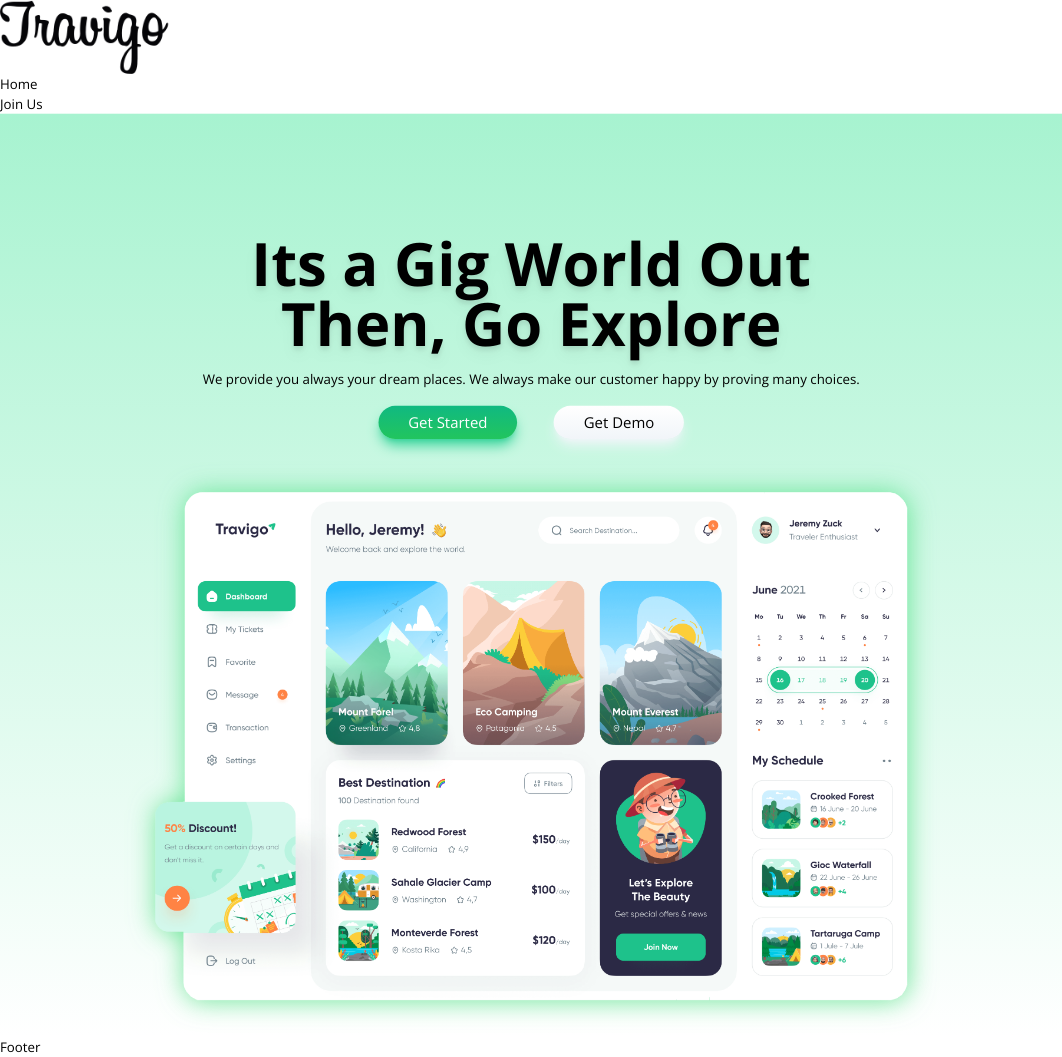
Repository: ThiAlbani83/travigo-travel-app
Page: /
An editor plug-in stored every save of this project. The page is shown before and after the next save, followed by the edit.
The browser window is 1280 px wide. The pictures show the whole page, at 83% of full size.
The project was rebuilt for these pictures with package versions that can differ from the ones it lists, and the page was loaded fresh each time. Also part of the build but not shown: vite.config.js.

Above is the page before, as saved 2023-03-20 23:24:04.

### src/main.jsx
import React from 'react'
import ReactDOM from 'react-dom/client'
import App from './App'
import './index.css'
import { BrowserRouter } from 'react-router-dom'

ReactDOM.createRoot(document.getElementById('root')).render(
  <React.StrictMode>
    <BrowserRouter>
      <App />
    </BrowserRouter>

  </React.StrictMode>,
)

### src/App.jsx
import React from 'react'
import { Navbar, Hero, Footer } from './components'
import { hero, navlinks } from './data/travigodata'

const App = () => {
  return (
    <>
      <Navbar navlinks={navlinks} />
      <Hero hero={hero}/>
      <Footer />
    </>
  )
}

export default App

### src/index.css
@import url('https://fonts.googleapis.com/css2?family=Open+Sans:wght@300;400;500;600;700;800&display=swap');

@tailwind base;
@tailwind components;
@tailwind utilities;

@layer base {
    *{
        margin: 0;
        padding: 0;
        font-family: 'Open Sans', sans-serif;
    }


    .travigo-container {
        @apply w-[85vw] xl:w-[95vw] m-auto
    }


    .button-emerald {
        @apply bg-gradient-to-b from-emerald-500 to-green-500 shadow-lg shadow-emerald-400 rounded-full
        text-lg sm:text-sm px-9 py-1.5 transition-all duration-200 active:scale-90 text-white sm:w-48
    }

    .button-light {
        @apply bg-gradient-to-b from-white to-slate-100 shadow-lg shadow-slate-100 rounded-full
        text-lg sm:text-sm px-9 py-1.5 transition-all duration-200 active:scale-90 text-black sm:w-48
    }

    .drop-shadow-emerald{
        filter: drop-shadow(0.1rem 0.1rem 1rem rgba(74 222 128 / 80%));
    }

}

### src/components/index.js
export { default as Navbar } from "./Navbar.jsx";
export { default as Hero } from "./Hero.jsx";
export { default as Footer } from "./Footer.jsx";

### src/data/travigodata.js
import dashboard from "../images/dashboard.png";
import memoryimg from "../images/memory.png";

import brand1 from "../images/brand1.png";
import brand2 from "../images/brand2.png";
import brand3 from "../images/brand3.png";
import brand4 from "../images/brand4.png";
import brand5 from "../images/brand5.png";

import place1 from "../images/img1.webp";
import place2 from "../images/img2.webp";
import place3 from "../images/img3.webp";
import place4 from "../images/img4.webp";
import place5 from "../images/img5.jpg";
import place6 from "../images/img6.webp";
import place7 from "../images/img7.webp";
import place8 from "../images/img8.webp";
import place9 from "../images/img9.webp";
import place10 from "../images/img10.webp";

import standardicon from "../images/standardicon.png";
import preminumicon from "../images/preminum.png";
import checkbox from "../images/checkbox.svg";
import uncheckbox from "../images/uncheckbox.svg";

import facebook from '../images/facebook.svg';
import instagram from '../images/instagram.svg';
import twitter from '../images/twitter.svg';
import youtube from '../images/youtube.svg';

import banner from '../images/banner.webp';

export const brands = [
  { iconSrc: brand1 },
  { iconSrc: brand2 },
  { iconSrc: brand3 },
  { iconSrc: brand4 },
  { iconSrc: brand5 },
];

export const navlinks = [
  { link: "Home", id: "home" },
  { link: "About", id: "about" },
  { link: "Explore", id: "explore" },
  { link: "Pricing", id: "pricing" },
  { link: "Contact", id: "contact" },
];

export const hero = {
  "title": "Its a Gig World Out",
  "subtitle": "Then, Go Explore",
  "text": "We provide you always your dream places. We always make our customer happy by proving many choices.",
  "btn1": "Get Started",
  "btn2": "Get Demo",
  "img": dashboard,
};

export const memory = {
  "title": "Sweet Memories",
  "subtitle": "Come To Life Again",
  "text": "What we have always taken care for 10 years is always prioritizing the comfort of our users. So, do not our quality.",
  "img": memoryimg,
  "experience": [
    { "number": "10", "title": "Year Experience" },
    { "number": "400", "title": "Year Collaboration" },
    { "number": "30k+", "title": "Happy Customer" },
  ],
};

export const placesAPI = [
  { "placeImg": place1, "location": "Lahore", "distance": "3.0 hour dirve" },
  { "placeImg": place2, "location": "Faisalabad", "distance": "2.5 hour dirve" },
  { "placeImg": place3, "location": "Multan", "distance": "4.7 hour drive" },
  { "placeImg": place4, "location": "Rawalpindi", "distance": "4 hour drive" },
  { "placeImg": place5, "location": "Islamabad", "distance": "4.9 hour drive" },
  { "placeImg": place6, "location": "Muree", "distance": "4.5 hour drive" },
  { "placeImg": place7, "location": "Nathia Gali", "distance": "5.5 hour drive" },
  { "placeImg": place8, "location": "Ayubia Gali", "distance": "5.1 hour drive" },
  { "placeImg": place9, "location": "Bhurban", "distance": "5.1 hour drive" },
  { "placeImg": place10, "location": "Gilgit", "distance": "5.1 hour drive" },
];

export const pricingapi = {
  "title": "Choose The Plan That Suits You",
  "text": "Many attractive offers by becomming a premium member",
  "btn1": "Monthly",
  "btn2": "Yearly",
  "plans": [
    {
      "planicon": standardicon,
      "title": "Standard Membership",
      "text": "Suitable for all users",
      "plantype": "Free / Year",
      "plancontent": [
        { "iconbox": checkbox, "text": "Find Popular Destination" },
        { "iconbox": checkbox, "text": "Priority Booking Schedule" },
        { "iconbox": checkbox, "text": "Daily Destination News" },
        { "iconbox": uncheckbox, "text": "Invite Friends Feature" },
        { "iconbox": uncheckbox, "text": "Limited Travel Stats" },
        { "iconbox": uncheckbox, "text": "Invite Friends Feature" },
        { "iconbox": uncheckbox, "text": "No Ads & Tax" },
      ],
      "buttonText": "Get Free",
    },
    {
      "planicon": preminumicon,
      "title": "Preminum Membership",
      "text": "Suitable for enthusiast travelers",
      "plantype": "$60 / Year",
      "plancontent": [
        { "iconbox": checkbox, "text": "Find Popular Destination" },
        { "iconbox": checkbox, "text": "Priority Booking Schedule" },
        { "iconbox": checkbox, "text": "Daily Destination News" },
        { "iconbox": checkbox, "text": "Invite Friends Feature" },
        { "iconbox": checkbox, "text": "Advanced Travel Stats" },
        { "iconbox": checkbox, "text": "Invite Friends Feature" },
        { "iconbox": checkbox, "text": "No Ads & Tax" },
      ],
      "buttonText": "Get Started",
    },
  ],
};

export const bannerAPI = {
  "title": "The Greet Outdoors",
  "text": "Whislist Curated By Travigo.",
  "imgSrc": banner,
  "btnText": "Explore More"
}

export const footerAPI = {
  "titles": [ {"title": "About"},{"title": "Company"},{"title": "Support"} ],
  "links": [
    [
      {"link": "About US"},
      {"link": "Features"},
      {"link": "News"},
      {"link": "Menu"},
    ],
    [
      {"link": "Why Travigo?"},
      {"link": "Partner with Us"},
      {"link": "FAQ"},
      {"link": "Blog"},
    ],
    [
      {"link": "Account"},
      {"link": "Support Center"},
      {"link": "Feedback"},
      {"link": "Contact Us"},
      {"link": "Accesbility"},
    ],
  ],
  "sociallinks": [
    {"icon": facebook},{"icon": instagram},{"icon": twitter},{"icon": youtube},
  ]
};

### src/components/Navbar.jsx
import React from 'react'
import { NavLink } from 'react-router-dom'
import logo from '../images/logo.png'

const Navbar = ({navlinks}) => {
  return (
    <>
      <header>
        <nav>
          <NavLink to={'/'} className='' >
            <img src={logo} alt="logo/img" className='' />
          </NavLink>
          <ul>
            <li><NavLink to={'#'} className=''>Home</NavLink></li>
          </ul>
          <ul>
            <li><button type='button'>Join Us</button></li>
          </ul>
        </nav>
      </header>
    </>
  )
}

export default Navbar

### src/components/Hero.jsx
import React from 'react'

const Hero = ({hero: {title, subtitle, btn1, btn2, text, img}}) => {
  return (
    <>
      <div className='flex flex-col bg-gradient-to-b from-emerald-200 to-white h-auto w-auto'>
        <div className='travigo-container grid items-start justify-items-center'>
          <div className='grid items-center justify-items-center mt-36 mb-16 md:mt-28 md:mb-12'>
            <h1 className='text-7xl font-bold lg:text-6xl md:text-5xl sm:text4xl xsm:text-3xl text-black filter drop-shadow-lg'>{title}</h1>
            <h1 className='text-7xl font-bold lg:text-6xl md:text-5xl sm:text4xl xsm:text-3xl text-black filter drop-shadow-lg'>{subtitle}</h1>
            <p className='text-base my-5 text-center sm:text-sm'>{text}</p>
            <div className='flex items-center justify-center gap-11 sm:gap-3 sm:flex-col sm:w-full'>
              <button type='button' className='button-emerald'>{btn1}</button>
              <button type='button' className='button-light'>{btn2}</button>
            </div>
          </div>
          <div className='flex items-center justify-center mb-11'>
            <img src={img} alt="dashboard/img" className='h-[85vh] w-full object-fill lg:h-[75vh] md:h-[57vh] sm:h-[35vh]
            sm:object-contain drop-shadow-emerald'/>
          </div>
        </div>
      </div>
    </>
  )
}

export default Hero

### tailwind.config.cjs
/** @type {import('tailwindcss').Config} */
module.exports = {
  content: [
    "./index.html",
    "./src/**/*.{js,ts,jsx,tsx}",
  ],
  theme: {
    extend: {},
    screens: {
      'xl': {'max':'1200px'},
      'lg': {'max':'991px'},
      'md': {'max':'767px'},
      'sm': {'max':'550px'},
      'xsm': {'max':'425px'},

    }
  },
  plugins: [],
}

Loaded but not shown: index.html (common file); src/components/Footer.jsx (common file)

After the next save:
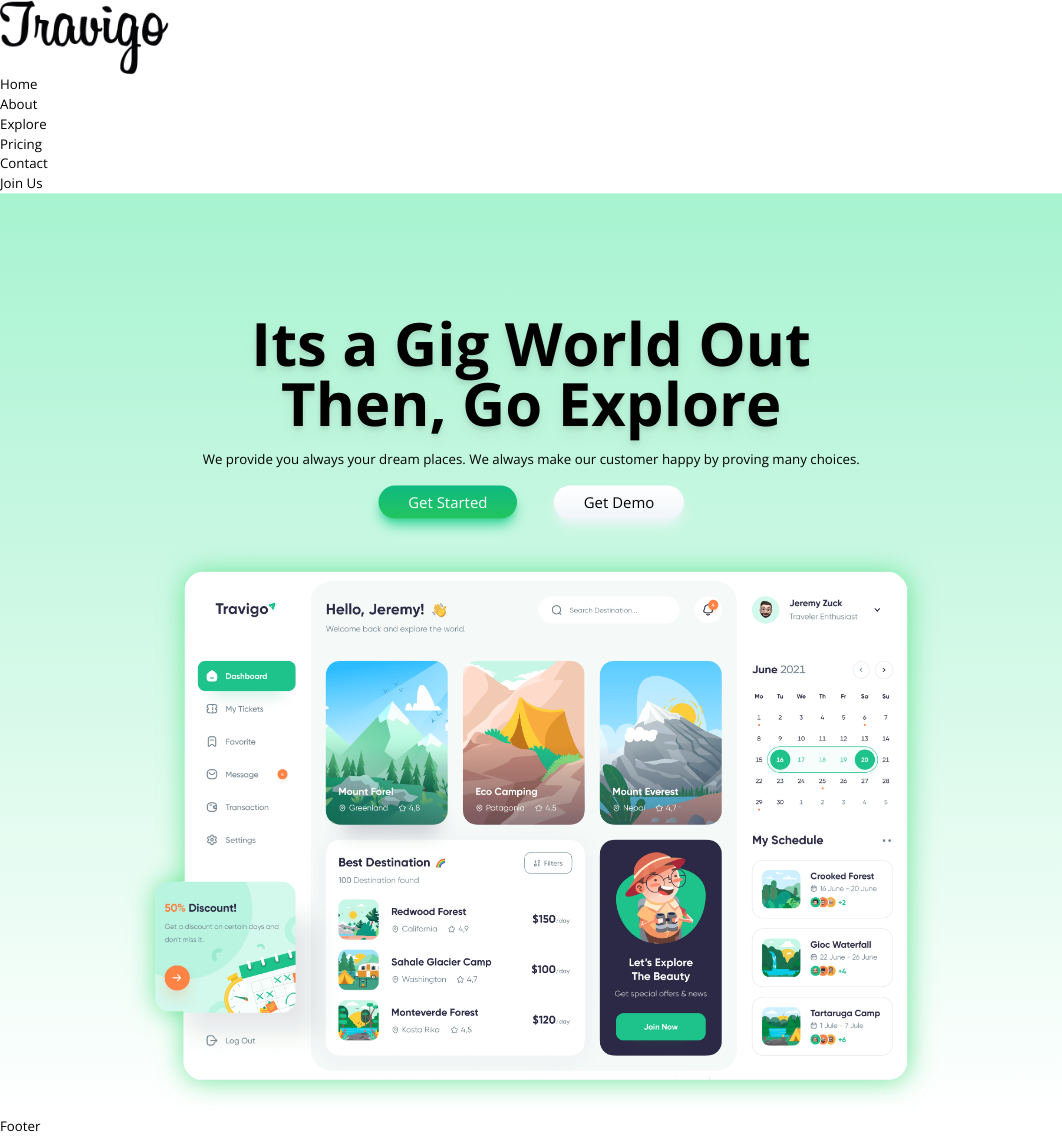
Saved 113 s later.
--- a/src/components/Navbar.jsx
+++ b/src/components/Navbar.jsx
@@ -11,7 +11,11 @@
             <img src={logo} alt="logo/img" className='' />
           </NavLink>
           <ul>
-            <li><NavLink to={'#'} className=''>Home</NavLink></li>
+           {navlinks?.map((val, index) => (
+            <li key={index}>
+              <NavLink to={'#'} className=''>{val.link}</NavLink>
+            </li>
+           ))}
           </ul>
           <ul>
             <li><button type='button'>Join Us</button></li>
